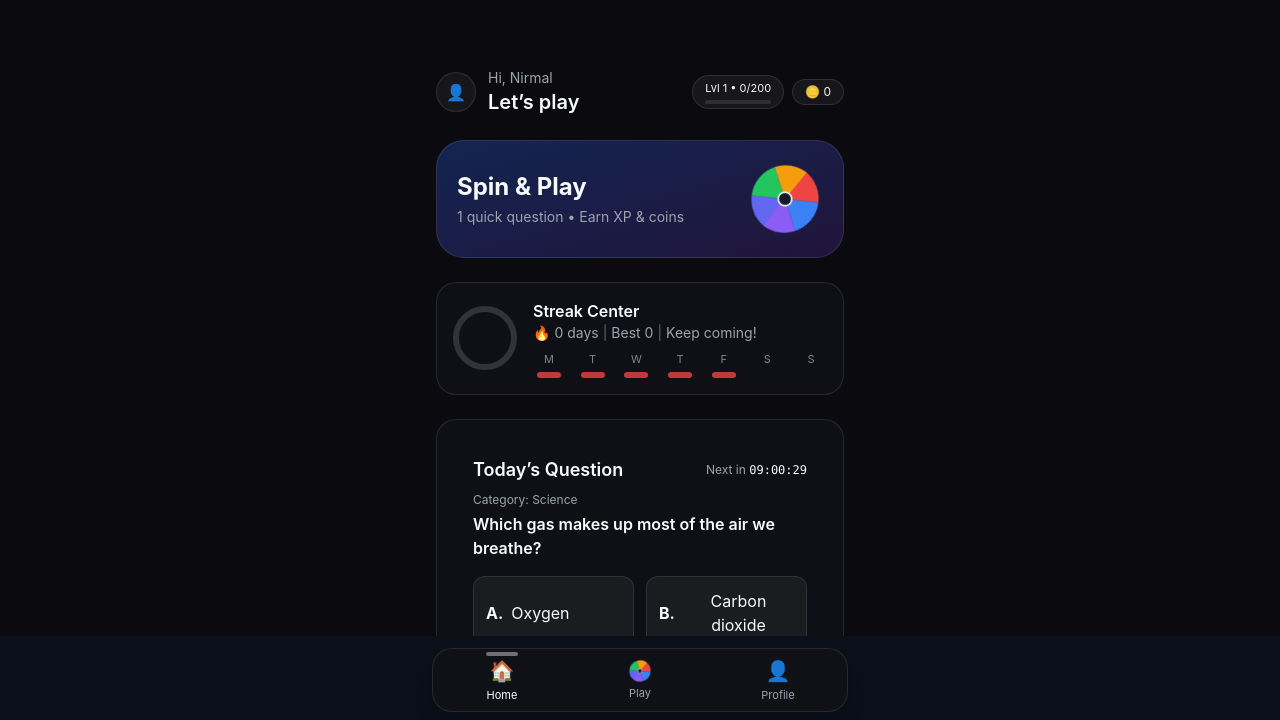
Repository: nirmaldas07/quizify-app
Page: /
The author's editor kept a copy of each file at every save. The page is drawn from the files as they stood at one save, then again after a run of saves.
The browser window is 1280 px wide. The pictures show the whole page.
The page's requests for data from a server got no answer. An inner scrolling area shows only its first screen. The project was rebuilt for these pictures with package versions that can differ from the ones it lists, and the page was loaded fresh each time. No one was signed in, and anything a server would have sent is missing. Also part of the build but not shown: src/components/ConfirmStartSheet.jsx, src/components/Play.jsx, src/components/Quiz.jsx, src/components/PartySpin.jsx, src/components/Profile/ProfileHome.jsx, src/components/Profile/Screen.jsx, src/components/Profile/Leaderboard.jsx, src/components/Profile/History.jsx.

Above is the page before, as saved 2025-08-25 14:32:26.

After the next 2 saves:
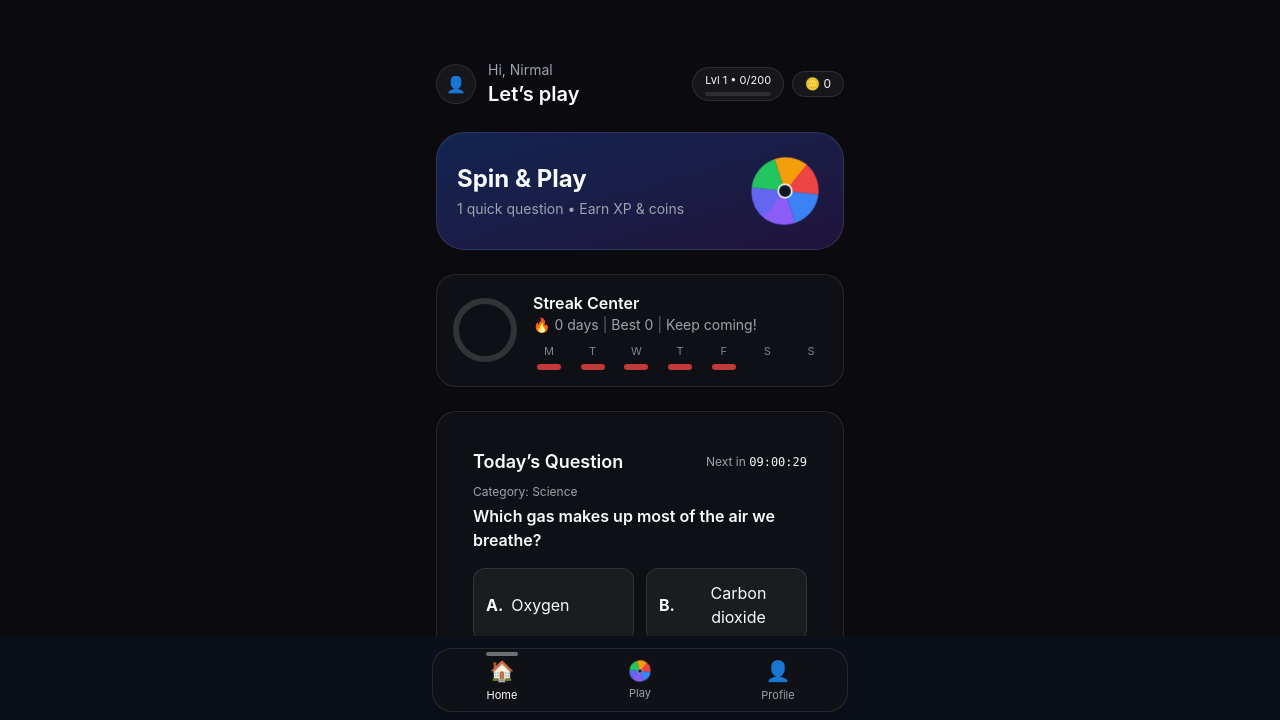
The 2 saves are shown as one change because they came seconds apart.
The last was saved 14 s later.
--- a/src/components/Layout.jsx
+++ b/src/components/Layout.jsx
@@ -203,7 +203,7 @@ export default function Layout() {
             height: hideNav
             ? "100dvh"
             : "calc(100dvh - (5.25rem + env(safe-area-inset-bottom)))",
-            paddingTop: "calc(env(safe-area-inset-top) + 20px)", // add 24px top space
+            paddingTop: "calc(env(safe-area-inset-top) + 12px)", // add 24px top space
             overflowY: "auto",
             transform: pulling ? `translateY(${pullDist}px)` : undefined,
             transition: (pulling || refreshing) ? "transform 0.3s ease" : undefined,
